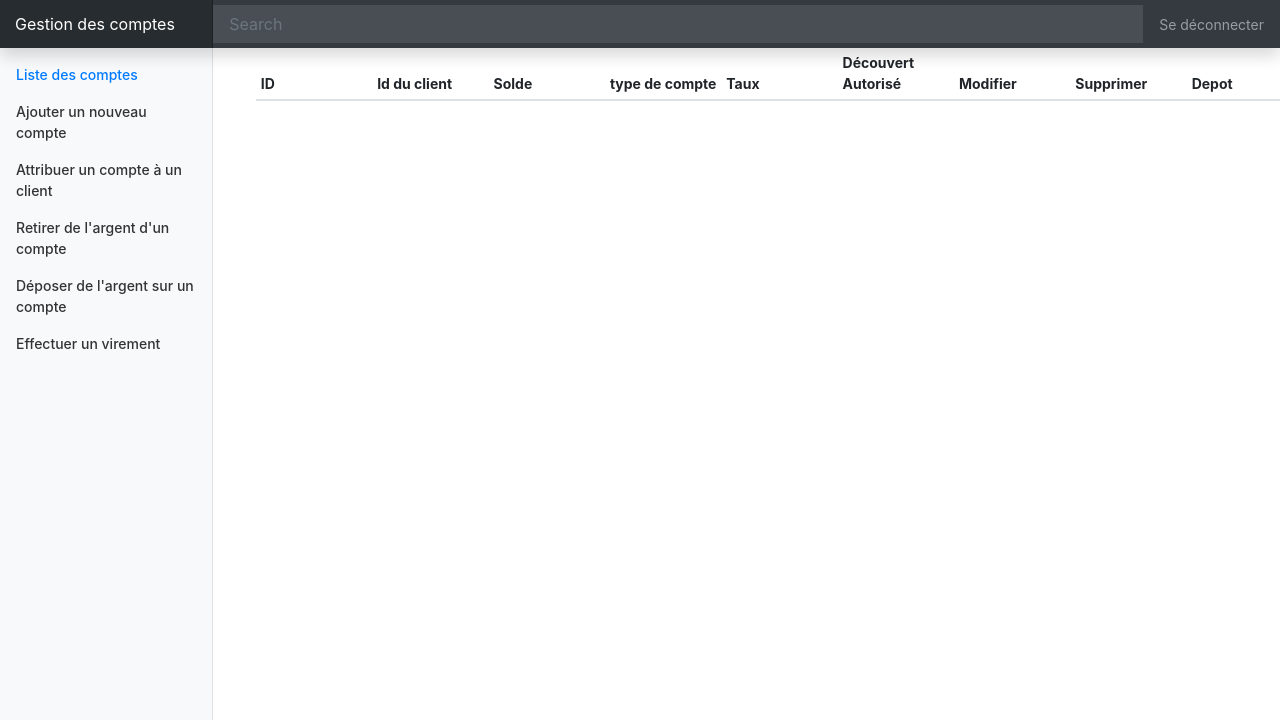
Repository: liiiseee/Projet
Page: http://localhost/02_projet_gestion_clients_compte/menu-comptes.jsp
The author's editor kept a copy of each file at every save. The page is drawn from the files as they stood at one save, then again after the next save.
The browser window is 1280 px wide. The pictures show the whole page.
The page is served by Tomcat 9. Other server files are loaded and not shown. The template is opened directly, without the code that normally fills it, so the values that code supplies are empty.

Above is the page before, as saved 2020-03-30 15:34:44.

### 02_projet_gestion_clients_compte/WebContent/menu-comptes.jsp
<%@ page language="java" contentType="text/html; charset=ISO-8859-1"
    pageEncoding="ISO-8859-1"%>

<%@ taglib uri="http://java.sun.com/jsp/jstl/core" prefix="c"%>
<!DOCTYPE html>
<html>
<head>
<meta charset="ISO-8859-1">
<title>liste comptes</title>
<link href="assets/styles/bootstrap.min.css" rel="stylesheet" >

 <style>
      .bd-placeholder-img {
        font-size: 1.125rem;
        text-anchor: middle;
        -webkit-user-select: none;
        -moz-user-select: none;
        -ms-user-select: none;
        user-select: none;
      }

      @media (min-width: 768px) {
        .bd-placeholder-img-lg {
          font-size: 3.5rem;
        }
      }
    </style>
    <!-- Custom styles for this template -->
    <link href="assets/styles/dashboard.css" rel="stylesheet">
</head>
<body>

    <nav class="navbar navbar-dark fixed-top bg-dark flex-md-nowrap p-0 shadow">
  <a class="navbar-brand col-sm-3 col-md-2 mr-0" href="#">Gestion des comptes</a>
  <input class="form-control form-control-dark w-100" type="text" placeholder="Search" aria-label="Search">
  <ul class="navbar-nav px-3">
    <li class="nav-item text-nowrap">
      <a class="nav-link" href="authentification-servlet?destroy=true">Se déconnecter</a>
    </li>
  </ul>
</nav>

<div class="container-fluid" >
  <div class="row">
    <nav class="col-md-2 d-none d-md-block bg-light sidebar" >
      <div class="sidebar-sticky">
        <ul class="nav flex-column">
          <li class="nav-item">
            <a class="nav-link active" href="#">
              <span data-feather="home"></span>
              Liste des comptes <span class="sr-only">(current)</span>
            </a>
          </li>
          <li class="nav-item">
            <a class="nav-link" href="ajout-compte.jsp">
              <span data-feather="file"></span>
              Ajouter un nouveau compte
            </a>
          </li>
          <li class="nav-item">
            <a class="nav-link" href="attribuer-compte.jsp">
              <span data-feather="file"></span>
              Attribuer un compte à un client
            </a>
          </li>
         <li class="nav-item">
          <input type="hidden" name="action" value="liste"/>
            <a class="nav-link" href="menu-retrait.jsp">
              <span data-feather="shopping-cart"></span>
              Retirer de l'argent d'un compte
            </a>
          </li>

          <li class="nav-item">
          <input type="hidden" name="action" value="dep"/>
            <a class="nav-link" href="menu-depot.jsp">
              <span data-feather="users"></span>
             Déposer de l'argent sur un compte
            </a>
          </li>
          <li class="nav-item">
            <a class="nav-link" href="#">
              <span data-feather="bar-chart-2"></span>
              Effectuer un virement
            </a>
          </li>
          </ul>



      </div>
    </nav>
    </div>
    </div>





   <h2>Liste des comptes</h2>

     <div class="table-responsive">
       <table  class="table table-striped table-sm" style="margin-left: 20%">




          <thead >
            <tr>
              	<th class="col-md-1">ID</th>
              	<th class="col-md-1">Id du client</th>
	 			<th class="col-md-1" >Solde</th>
	 			<th class="col-md-1" >type de compte</th>
	 			<th class="col-md-1" >Taux</th>
	 			<th class="col-md-1" >Découvert Autorisé</th>
	 			<th class="col-md-1" >Modifier</th>
	 			<th class="col-md-1">Supprimer</th>
	 			<th class="col-md-1">Depot</th>
	 			<th class="col-md-1">Retrait</th>
	 			<th class="col-md-1">Virement</th>

            </tr>
          </thead>
          <tbody>
            <c:forEach items="${liste_comptes}" var="compte">
	 			<tr>

	 				<td>${compte.idCompte }</td>
	 				<td> ${compte.clientID } </td>
	 				<td> ${compte.solde } </td>
	 				<td> ${compte.typeCompte } </td>
	 				<td> ${compte.taux } </td>
	 				<td> ${compte.decouvert } </td>
	 				<td>
	 					<a href="gestion-compte-servlet?action=modif&id-compte=${compte.idCompte}">modifier</a>
	 				</td>


	 				<td>
	 					<a href="gestion-compte-servlet?action=supp&id-compte=${compte.idCompte}">supprimer</a>
	 				</td>

	 				<td>
	 					<a href="gestion-compte-servlet?action=depot&id-compte=${compte.idCompte}">depot</a>
	 				</td>

	 				<td>
	 					<a href="gestion-compte-servlet?action=retrait&id-compte=${compte.idCompte}">retrait</a>
	 				</td>
	 				<td>
	 					<a href="gestion-compte-servlet?action=virement&id-compte=${compte.idCompte}">virement</a>
	 				</td>




	 				</tr>

            </c:forEach>


          </tbody>

        </table>

            </div>




</body>
</html>

### 02_projet_gestion_clients_compte/WebContent/assets/styles/dashboard.css
@charset "ISO-8859-1";

body {
  font-size: .875rem;
}

.feather {
  width: 16px;
  height: 16px;
  vertical-align: text-bottom;
}

/*
 * Sidebar
 */

.sidebar {
  position: fixed;
  top: 0;
  bottom: 0;
  left: 0;
  z-index: 100; /* Behind the navbar */
  padding: 48px 0 0; /* Height of navbar */
  box-shadow: inset -1px 0 0 rgba(0, 0, 0, .1);
}

.sidebar-sticky {
  position: relative;
  top: 0;
  height: calc(100vh - 48px);
  padding-top: .5rem;
  overflow-x: hidden;
  overflow-y: auto; /* Scrollable contents if viewport is shorter than content. */
}

@supports ((position: -webkit-sticky) or (position: sticky)) {
  .sidebar-sticky {
    position: -webkit-sticky;
    position: sticky;
  }
}

.sidebar .nav-link {
  font-weight: 500;
  color: #333;
}

.sidebar .nav-link .feather {
  margin-right: 4px;
  color: #999;
}

.sidebar .nav-link.active {
  color: #007bff;
}

.sidebar .nav-link:hover .feather,
.sidebar .nav-link.active .feather {
  color: inherit;
}

.sidebar-heading {
  font-size: .75rem;
  text-transform: uppercase;
}

/*
 * Content
 */

[role="main"] {
  padding-top: 133px; /* Space for fixed navbar */
}

@media (min-width: 768px) {
  [role="main"] {
    padding-top: 48px; /* Space for fixed navbar */
  }
}

/*
 * Navbar
 */

.navbar-brand {
  padding-top: .75rem;
  padding-bottom: .75rem;
  font-size: 1rem;
  background-color: rgba(0, 0, 0, .25);
  box-shadow: inset -1px 0 0 rgba(0, 0, 0, .25);
}

.navbar .form-control {
  padding: .75rem 1rem;
  border-width: 0;
  border-radius: 0;
}

.form-control-dark {
  color: #fff;
  background-color: rgba(255, 255, 255, .1);
  border-color: rgba(255, 255, 255, .1);
}

.form-control-dark:focus {
  border-color: transparent;
  box-shadow: 0 0 0 3px rgba(255, 255, 255, .25);
}

Loaded but not shown: 02_projet_gestion_clients_compte/WebContent/assets/styles/bootstrap.min.css (library)

After the next save:
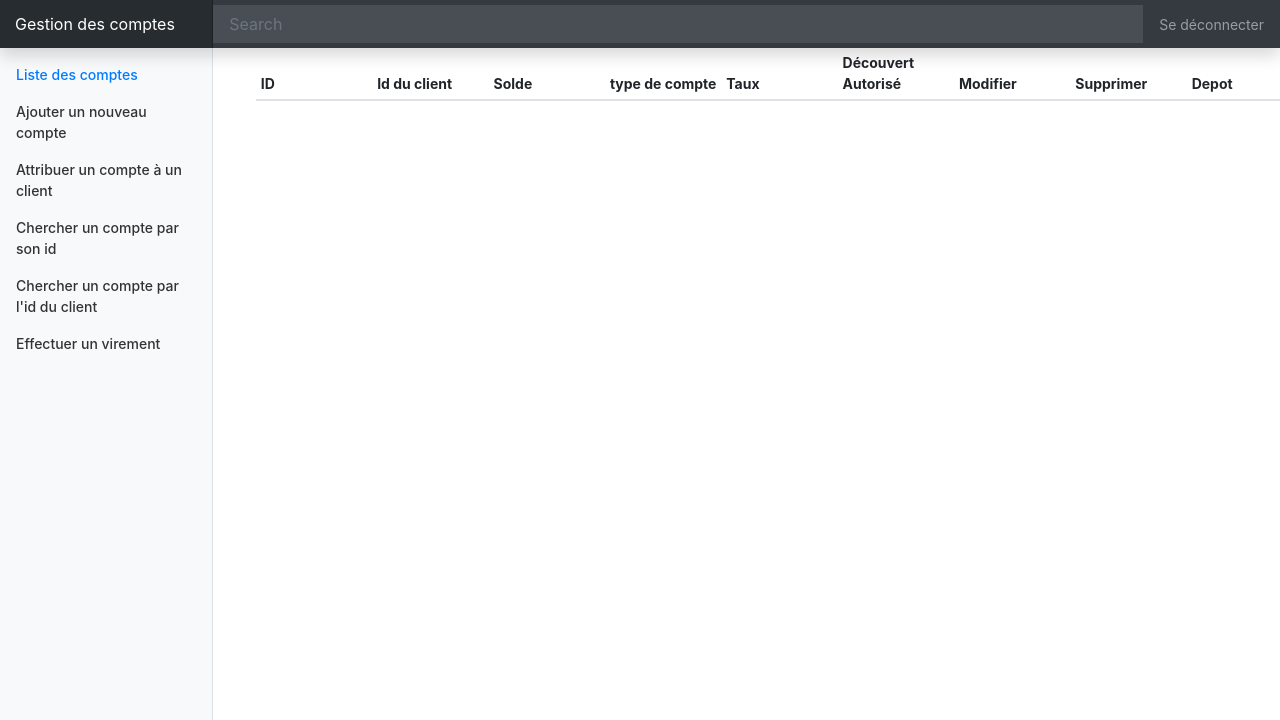
Saved 4 min 23 s later.
--- a/02_projet_gestion_clients_compte/WebContent/menu-comptes.jsp
+++ b/02_projet_gestion_clients_compte/WebContent/menu-comptes.jsp
@@ -64,18 +64,16 @@
             </a>
           </li>
          <li class="nav-item">
-          <input type="hidden" name="action" value="liste"/>
-            <a class="nav-link" href="menu-retrait.jsp">
+            <a class="nav-link" href="recherche-compte.jsp">
               <span data-feather="shopping-cart"></span>
-              Retirer de l'argent d'un compte
+              Chercher un compte par son id
             </a>
           </li>
 
           <li class="nav-item">
-          <input type="hidden" name="action" value="dep"/>
             <a class="nav-link" href="menu-depot.jsp">
               <span data-feather="users"></span>
-             Déposer de l'argent sur un compte
+             Chercher un compte par l'id du client
             </a>
           </li>
           <li class="nav-item">
